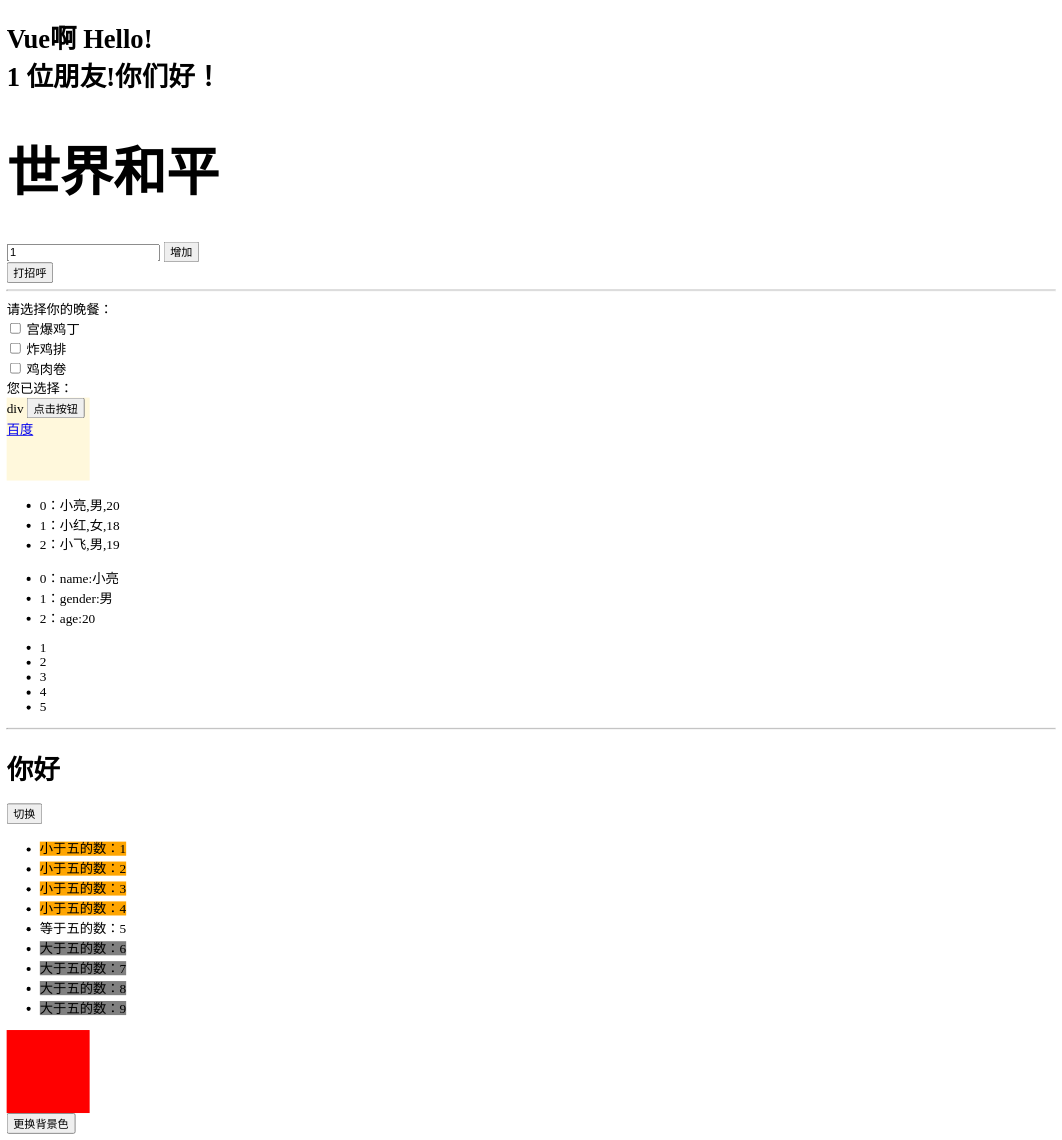
Repository: SOROoi/Web_front-end
Page: Web01_Vue/src/main/webapp/index.html
An editor plug-in stored every save of this project. The page is shown before and after the next save, followed by the edit.
The browser window is 1280 px wide. The pictures show the whole page, at 83% of full size.

Above is the page before, as saved 2020-07-15 04:45:42.

After the next save:
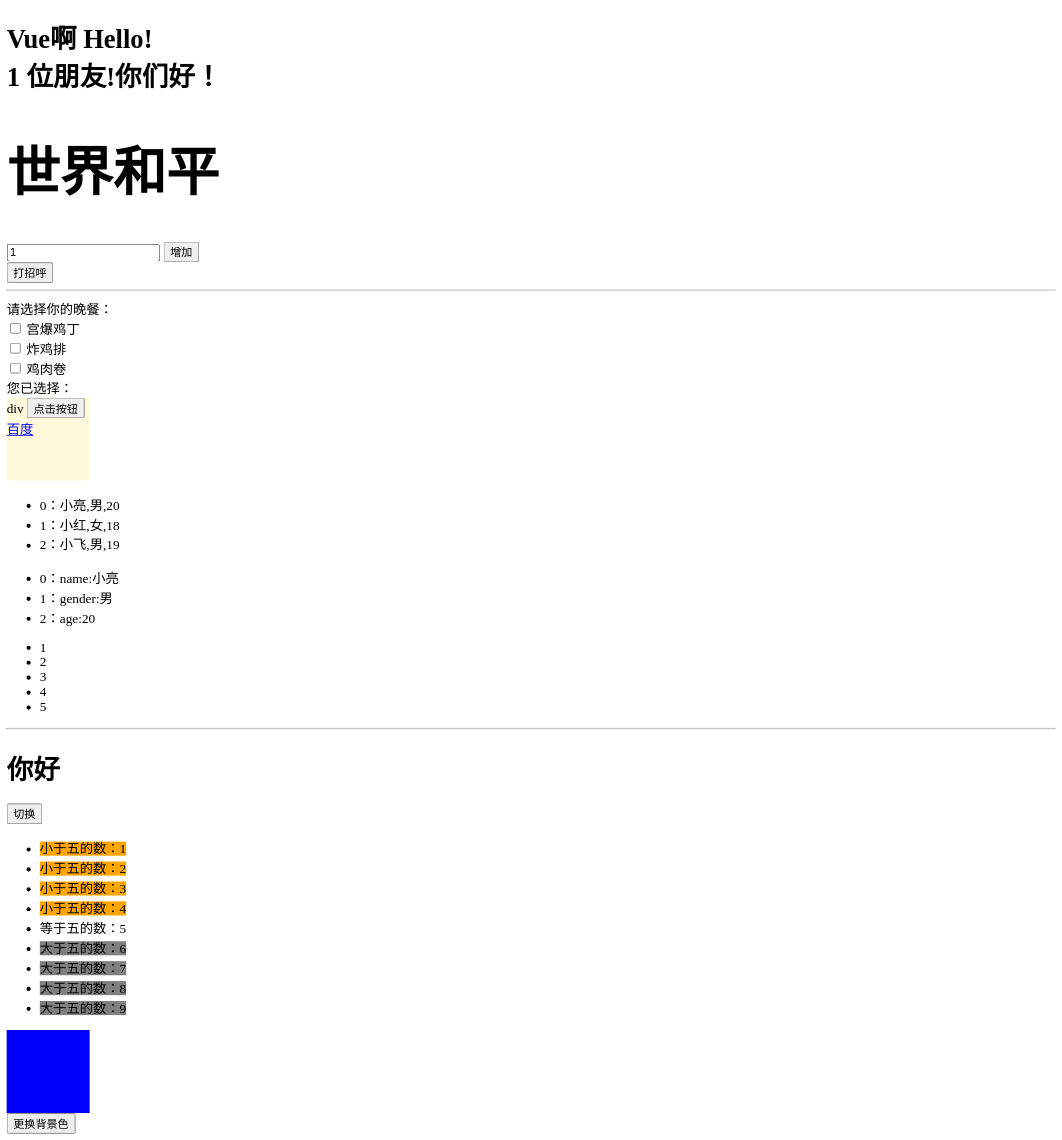
Saved 7 min 45 s later.
--- a/Web01_Vue/src/main/webapp/index.html
+++ b/Web01_Vue/src/main/webapp/index.html
@@ -101,7 +101,7 @@
 			word : "<h1>世界和平</h1>",
 			dinner : [],
 			show : true,
-			color : "red",
+			color : "blue",
 			peoples : [ {
 				name : '小亮',
 				gender : '男',
